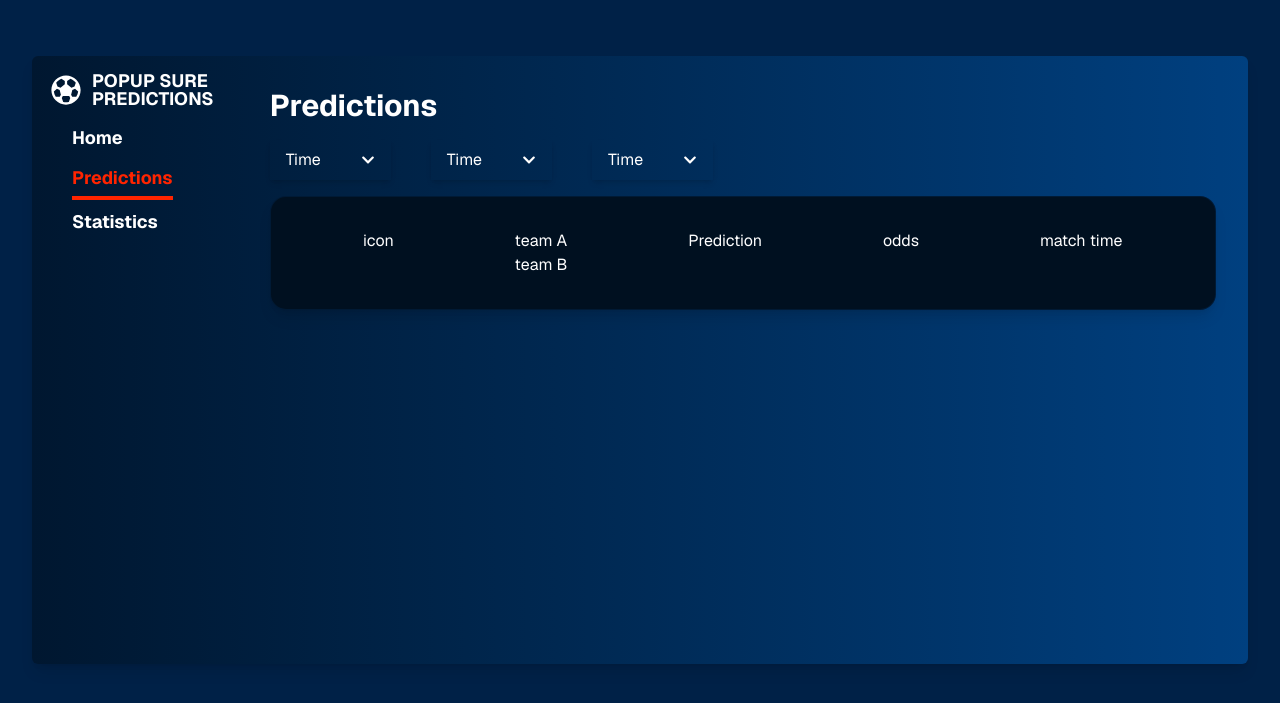
Repository: prototypedave/AlgoFooty
Page: /predictions (app in frontend/algo-footy/)
These files come from the project's save history. The page is drawn as it stood at one moment and after the next save; the edit follows.
The browser window is 1280 px wide. The pictures show the whole page.
The project was rebuilt for these pictures with package versions that can differ from the ones it lists, and the page was loaded fresh each time. The framework's server and built-in components were replaced by stand-ins that run in the browser. Also part of the build but not shown: frontend/algo-footy/next.config.ts.

Above is the page before, as saved 2025-11-03 08:05:22.

After the next save:
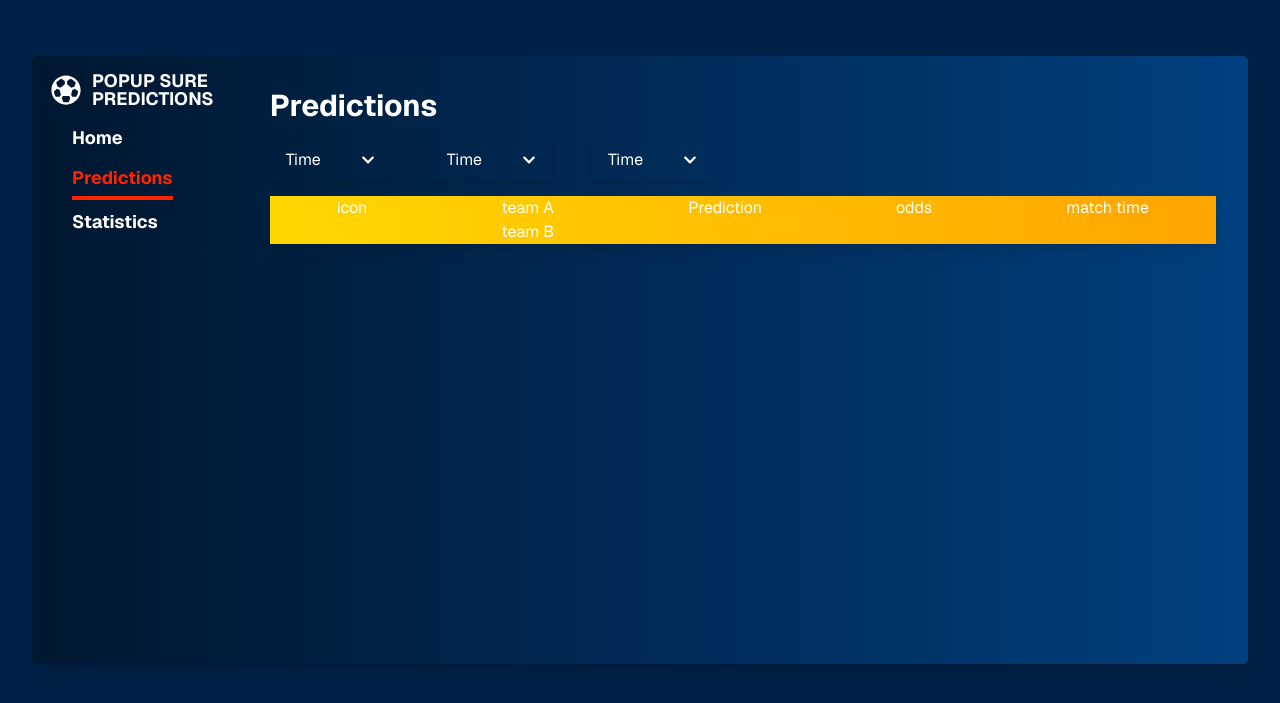
Saved 12 s later.
--- a/frontend/algo-footy/app/predictions/page.tsx
+++ b/frontend/algo-footy/app/predictions/page.tsx
@@ -45,7 +45,7 @@ export default function Predictions() {
                     </div>
                     <div className="flex w-full">
                         <ol className="w-full">
-                            <li className="flex bg-[#001020] border border-[#003366]/30 rounded-2xl p-8 shadow-inner w-full shadow-lg justify-around">
+                            <li className="flex bg-gradient-to-r from-[#FFD700] to-[#FFA500] w-full shadow-lg justify-around">
                                 <p>icon</p>
                                 <div>
                                     <p>team A</p>
